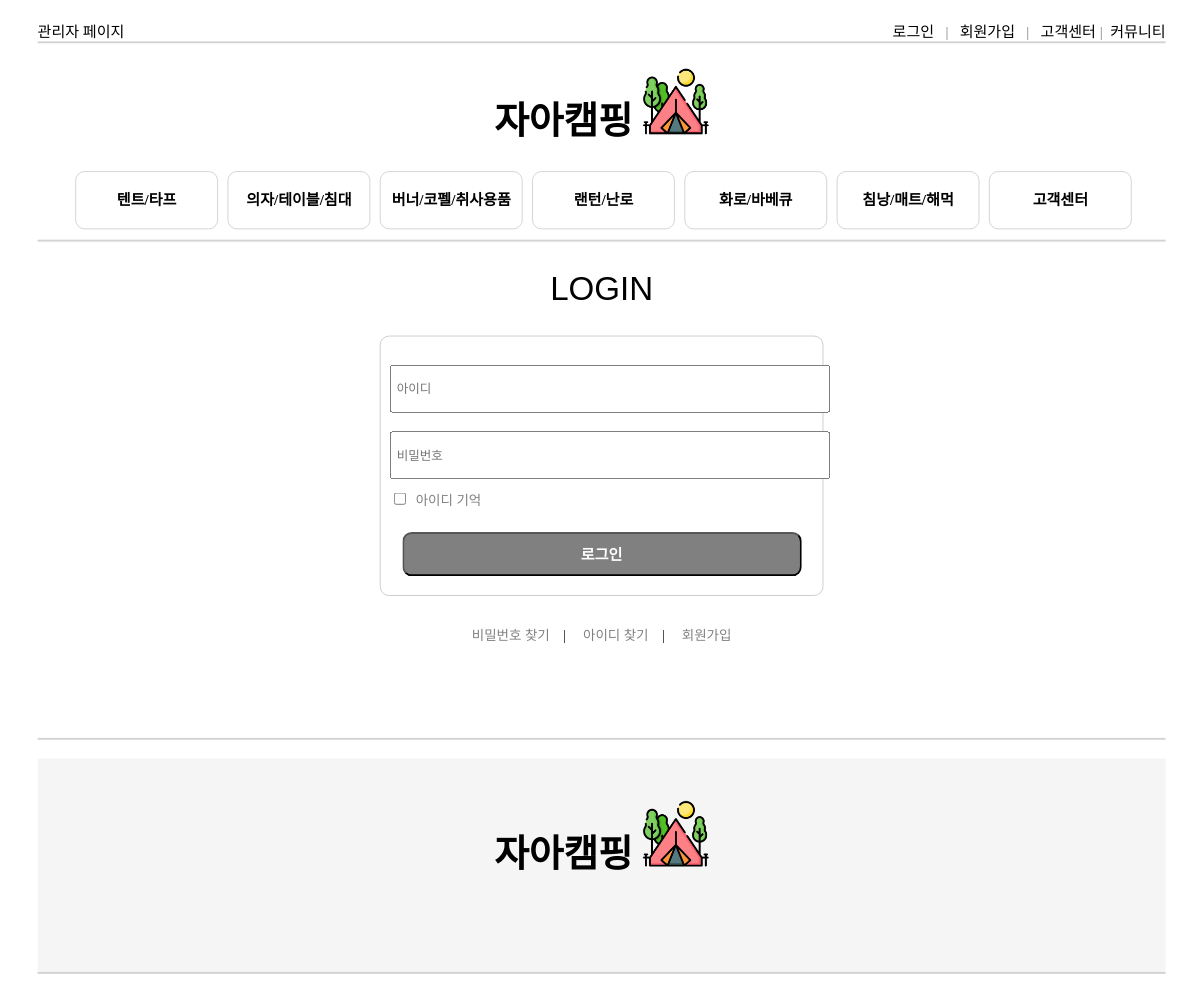
Repository: JJang-Ah/JSP-shoping-mall-project
Page: http://localhost/JaAhCamping/logon/memberLoginForm.jsp
These files come from the project's save history. The page is drawn as it stood at one moment and after the next save; the edit follows.
The browser window is 1280 px wide. The pictures show the whole page, at 94% of full size.
Some web fonts or font styles are not loaded; a fallback is used. The page is served by Tomcat 9. Other server files are loaded and not shown.

Above is the page before, as saved 2022-06-12 13:45:25.

### JaAhCamping/WebContent/logon/memberLoginForm.jsp
<%@ page language="java" contentType="text/html; charset=UTF-8"
    pageEncoding="UTF-8"%>
<!DOCTYPE html>
<html>
<head>
<meta charset="UTF-8">
<title>로그인 폼</title>
<style>
@import url('https://fonts.googleapis.com/css2?family=Hammersmith+One&family=Paytone+One&display=swap');
#container { width: 1200px; margin: 0 auto;}
/* 상단 - 메인, 서브 타이틀 */
.t_title { font-family: 'Hammersmith One', sans-serif; font-size: 2.2em; text-align: center; margin: 30px 0;}

/* 중단 - 입력창 */
.f_input { width: 450px; text-align: center; border: 1px solid #ccc; padding: 10px; margin: 30px auto; border-radius: 10px;}
.f_input .c_id, .f_input .c_pwd { height: 45px; margin-top: 20px; padding-left: 5px;}
.f_input .f_chk { text-align: left; margin-top: 10px; font-size: 0.9em; color: gray;}
.f_input #btn_Login { width: 425px; height: 47px; margin-top: 25px; background: gray; color: white;
 font-size: 16px; font-weight: bold; cursor: pointer; margin-top: 25px; margin-bottom: 10px; border-radius: 10px;}

 /* 하단 - 비밀번호 찾기, 아이디 찾기, 회원가입 */
 .f_a { text-align: center; margin-top: 30px; font-size: 0.9em;}
 .f_a a {color: gray;}
 .t_line { border: 1px solid #e9ecef; margin: 20px 0;}


</style>

<script>
	document.addEventListener("DOMContentLoaded", function() {
		let form = document.loginForm;
		// 로그인 버튼을 클릭했을 때 유효성 검사 (공백 유무)
		let btn_Login = document.getElementById("btn_Login");
		btn_Login.addEventListener("click", function() {
			if(!form.id.value) {
				alert('아이디를 입력하시오.!');
				form.id.focus();
				return;
			}

			if(!form.pwd.value) {
				alert('비밀번호를 입력하시오.!');
				form.pwd.focus();
				return;
			}

			// 아이디 기억하기
			let now = new Date(); // 오늘 날짜
			let name = "cookieId"; // 쿠키 이름
			let value = form.id.value; // 쿠키 값

			if(form.chk.checked == true) { // 체크박스를 체크했을 때 -> 쿠키 생성
				// 만료시간: 지금으로부터 7일 후로 설정, 만료시간으로 사용
				now.setDate(now.getDate() + 7);
			} else { // 체크박스를 해제했을 때 -> 쿠키 삭제
				// 만료시간: 지금 시간으로 설정
				now.setDate(now.getDate() + 0);
			}

			// 쿠키 생성시에 필요한 정보 - 쿠키의 이름과 값, 위치, 만료시간
			// ;path=/;expires= : 현재 페이지의 위치
			document.cookie = name + "=" + escape(value) + ";path=/;expires=" +now.toGMTString() + ";";

			form.submit();
		})


		// 쿠키가 생성되어 있을 때 쿠키에 저장된 값인 아이디를 아이디 입력상자에 놓도록 하는 작업
		// 쿠키 확인 - 쿠키가 존재한다면
		if(document.cookie.length > 0) {
			var search = "cookieId=";
			var idx = document.cookie.indexOf(search); // 쿠키 중에서 cookieId=이 나오는 위치
			if(idx != -1) { // cookieId값이 존재한다면
				idx += search.length;
				var end = document.cookie.indexOf(';', idx);

				if(end == -1) {
					end = document.cookie.length;
				}

				form.id.value = document.cookie.substring(idx, end);
				form.chk.checked = true;
			}
		}
	})
</script>
</head>
<body>

<div id="container">
	<jsp:include page="../mall/shopTop.jsp"></jsp:include>
	<div class="t_title">LOGIN</div>

	<form action="memberLoginPro.jsp" method="post" name="loginForm">
		<div class="f_input">
			<div class="f_id"><input type="text" id="id" name="id" class="c_id" placeholder="아이디" size="55"></div>
			<div class="f_pwd"><input type="password" id="pwd" name="pwd" class="c_pwd" placeholder="비밀번호" size="55"></div>
			<div class="f_chk">
				<input type="checkbox" id="chk" class="c_chk" size="55" name="chk">&nbsp;
				<label for="chk">아이디 기억</label>
			</div>
			<div class="f_submit"><input type="button" value="로그인" id="btn_Login"></div>
		</div>
		<div class="f_a">
			<a href="#">비밀번호 찾기</a>&emsp;|&emsp;
			<a href="#">아이디 찾기</a>&emsp;|&emsp;
			<a href="../member/memberJoinForm.jsp">회원가입</a>
		</div>
	</form>
	<hr class="t_line">
	<jsp:include page="../mall/shopBottom.jsp"></jsp:include>
</div>

</body>
</html>

### JaAhCamping/WebContent/mall/shopTop.jsp
<%@ page language="java" contentType="text/html; charset=UTF-8"
    pageEncoding="UTF-8"%>
<!DOCTYPE html>
<html>
<head>
<meta charset="UTF-8">
<title>Insert title here</title>
<link href="https://fonts.googleapis.com/css2?family=Do+Hyeon&display=swap" rel="stylesheet">

<style>
#container { width: 1200px; margin: 20px auto;}
/* 상단 */
a { text-decoration: none; color: black;}
.t_box1 { text-align: right;}
.t_box1 #admin_page { display: inline-block; float: left;}
.t_box1 .user_menu { display: inline-block; float: right; color: gray;}
.h_line { clear: both; border: 1px solid lightgray; margin-top: 20px;}
.title { text-align: center; font-family: 'Do Hyeon', sans-serif; font-size: 40px;}
#camping { width: 70px; height: 70px;}
#title_sub_go { font-size: 0.8em;}

/* 메뉴 */
.m_menu { list-style: none; font-weight: bold;}
.m_menu .m_m_list { display: inline-block; float: left; width: 150px; height: 60px;
margin-right: 10px; border: 1px solid lightgray; text-align: center; line-height: 60px; border-radius: 10px;}
.m_menu > .m_m_list { position: relative;}
.m_menu { color: black;}
.m_menu > .m_m_list:hover >.s_menu { display: block;}
.m_m_list > .s_menu { display: none; position: absolute; top: 61px; border: 1px solid lightgray; background: white; border-radius: 10px;}
.s_menu .s_m_list { text-align: left; width: 200px;}

.t_line { clear: both; border: 1px solid lightgray; margin-top: 100px;}
</style>
</head>
<body>
<%
request.setCharacterEncoding("utf-8");

String memberId = (String)session.getAttribute("memberId");

if(memberId == null) {

}

%>
<div id="container">

	<div class="t_box1"> <%--  --%>
		<div id="admin_page"><a href="http://localhost:8088/JaAhCamping/manager/managerMain.jsp">관리자 페이지</a></div>
		<div class="user_menu">
		<%if(memberId == null) {  %>
			<a href="http://localhost:8088/JaAhCamping/logon/memberLoginForm.jsp"><span>로그인</span></a>&ensp; |&ensp;
			<a href="http://localhost:8088/JaAhCamping/member/memberJoinForm.jsp"><span>회원가입</span></a>&ensp; |&ensp;
		<%} else { %>
			<a href="../member/memberInfoForm.jsp"><span><%=memberId %>님</span></a>&ensp; |&ensp;
			<a href="../logon/memberLogout.jsp"><span>로그아웃</span></a>&ensp; |&ensp;
			<a href="#"><span>장바구니</span></a>&ensp; |&ensp;
		<%} %>
		<a href="#">고객센터</a>&nbsp;|&nbsp;
		<a href="#">커뮤니티</a>
		</div>
	</div>
	<hr class="h_line">

	<%-- 상단 제목 --%>
	<h1 class="title"><a href="http://localhost:8088/JaAhCamping/mall/shopAll.jsp">자아캠핑&nbsp;<img alt="camping" src="/JaAhCamping/icons/camping.png" id="camping"></a></h1>



	<nav class="menu">
		<ul class="m_menu">
			<li class="m_m_list"><a href="#">텐트/타프</a>
				<div class="s_menu">
					<ul>
						<li class="s_m_list"><a href="#">텐트</a></li>
						<li class="s_m_list"><a href="#">텐트관련품</a></li>
						<li class="s_m_list"><a href="#">타프</a></li>
						<li class="s_m_list"><a href="#">폴대/펙/스트링/스토퍼</a></li>
						<li class="s_m_list"><a href="#">공구</a></li>
						<li class="s_m_list"><a href="#">기타(텐트/타프)</a></li>
					</ul>
				</div>
			</li>
			<li class="m_m_list"><a href="#">의자/테이블/침대</a>
				<div class="s_menu">
					<ul>
						<li class="s_m_list"><a href="#">의자</a></li>
						<li class="s_m_list"><a href="#">테이블</a></li>
						<li class="s_m_list"><a href="#">선반/수납가구</a></li>
						<li class="s_m_list"><a href="#">야전침대</a></li>
						<li class="s_m_list"><a href="#">퍼니쳐</a></li>
						<li class="s_m_list"><a href="#">기타(의자/테이블/침대)</a></li>
					</ul>
				</div>
			</li>
			<li class="m_m_list"><a href="#">버너/코펠/취사용품</a>
				<div class="s_menu">
					<ul>
						<li class="s_m_list"><a href="#">버너</a></li>
						<li class="s_m_list"><a href="#">코펠</a></li>
						<li class="s_m_list"><a href="#">취사용품</a></li>
						<li class="s_m_list"><a href="#">식기류</a></li>
						<li class="s_m_list"><a href="#">기타(버터/코펠/취사용품)</a></li>
					</ul>
				</div>
			</li>
			<li class="m_m_list"><a href="#">랜턴/난로</a>
				<div class="s_menu">
					<ul>
						<li class="s_m_list"><a href="#">랜턴</a></li>
						<li class="s_m_list"><a href="#">후레쉬</a></li>
						<li class="s_m_list"><a href="#">난로</a></li>
						<li class="s_m_list"><a href="#">액세서리</a></li>
						<li class="s_m_list"><a href="#">기타(랜턴/난로)</a></li>
					</ul>
				</div>
			</li>
			<li class="m_m_list"><a href="#">화로/바베큐</a>
				<div class="s_menu">
					<ul>
						<li class="s_m_list"><a href="#">화로대</a></li>
						<li class="s_m_list"><a href="#">바베큐 그릴</a></li>
						<li class="s_m_list"><a href="#">토치</a></li>
						<li class="s_m_list"><a href="#">바베큐 소품</a></li>
						<li class="s_m_list"><a href="#">기타(화로/바베큐)</a></li>
					</ul>
				</div>
			</li>
			<li class="m_m_list"><a href="#">침낭/매트/해먹</a>
				<div class="s_menu">
					<ul>
						<li class="s_m_list"><a href="#">침낭</a></li>
						<li class="s_m_list"><a href="#">베개/쿠션/방석</a></li>
						<li class="s_m_list"><a href="#">매트</a></li>
						<li class="s_m_list"><a href="#">해먹</a></li>
						<li class="s_m_list"><a href="#">기타(침낭/매트/해먹)</a></li>
					</ul>
				</div>
			</li>
			<li class="m_m_list"><a href="#">고객센터</a>
			</li>
		</ul>
	</nav>
	<hr class="t_line">
</div>

</body>
</html>

### JaAhCamping/WebContent/mall/shopBottom.jsp
<%@ page language="java" contentType="text/html; charset=UTF-8"
    pageEncoding="UTF-8"%>
<!DOCTYPE html>
<html>
<head>
<meta charset="UTF-8">
<title>Insert title here</title>
<style>
#container_bottom {  width: 100%; background: #f5f5f5;}
</style>
</head>
<body>
<div id="container_bottom">
	<br>
	<h1 class="title"><a href="http://localhost:8088/JaAhCamping/mall/shopAll.jsp">자아캠핑&nbsp;<img alt="camping" src="/JaAhCamping/icons/camping.png" id="camping"></a></h1>
	<hr class="t_line">

<div>

</div>



</div>
</body>
</html>

After the next save:
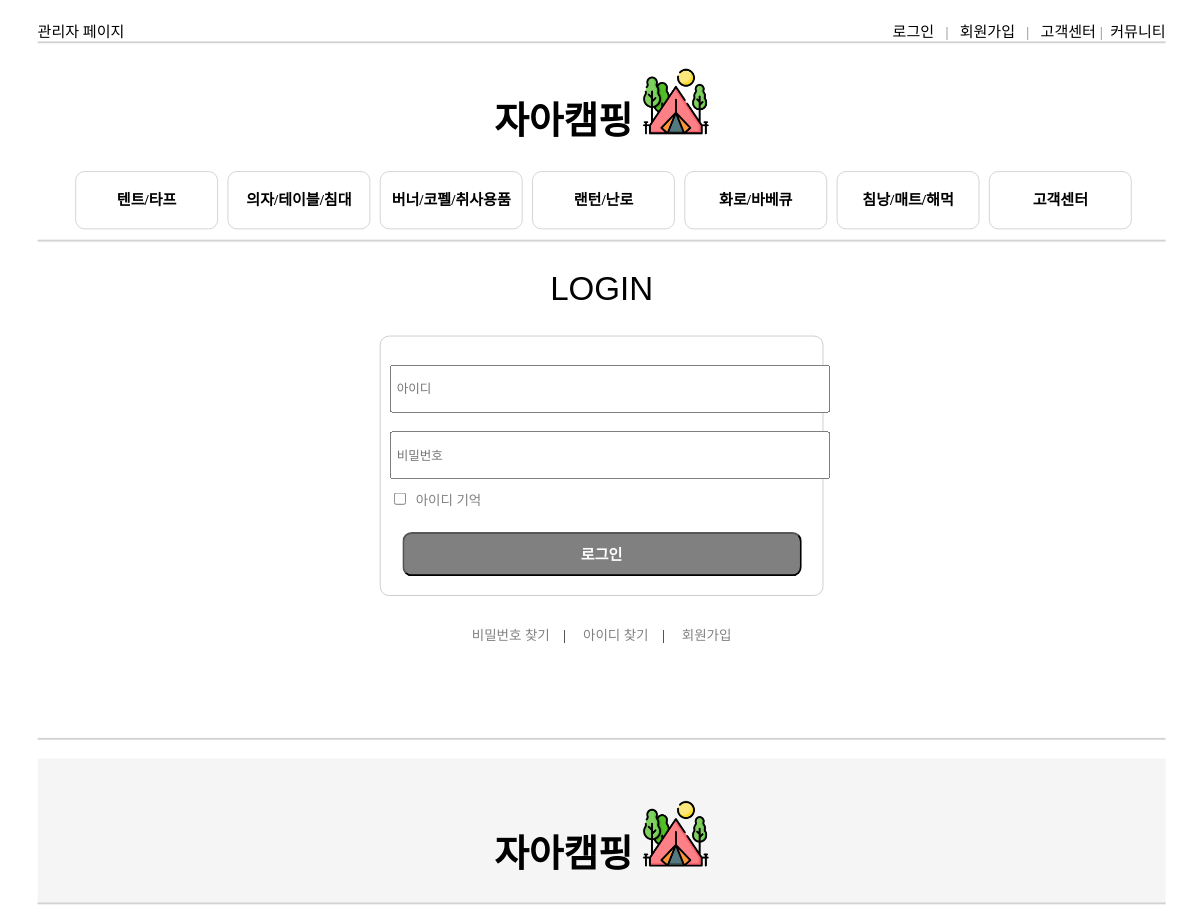
Saved 78 s later.
--- a/JaAhCamping/WebContent/mall/shopBottom.jsp
+++ b/JaAhCamping/WebContent/mall/shopBottom.jsp
@@ -7,13 +7,15 @@
 <title>Insert title here</title>
 <style>
 #container_bottom {  width: 100%; background: #f5f5f5;}
+
+.b_line { border: 1px solid lightgray;}
 </style>
 </head>
 <body>
 <div id="container_bottom">
 	<br>
 	<h1 class="title"><a href="http://localhost:8088/JaAhCamping/mall/shopAll.jsp">자아캠핑&nbsp;<img alt="camping" src="/JaAhCamping/icons/camping.png" id="camping"></a></h1>
-	<hr class="t_line">
+	<hr class="b_line">
 
 <div>
 
